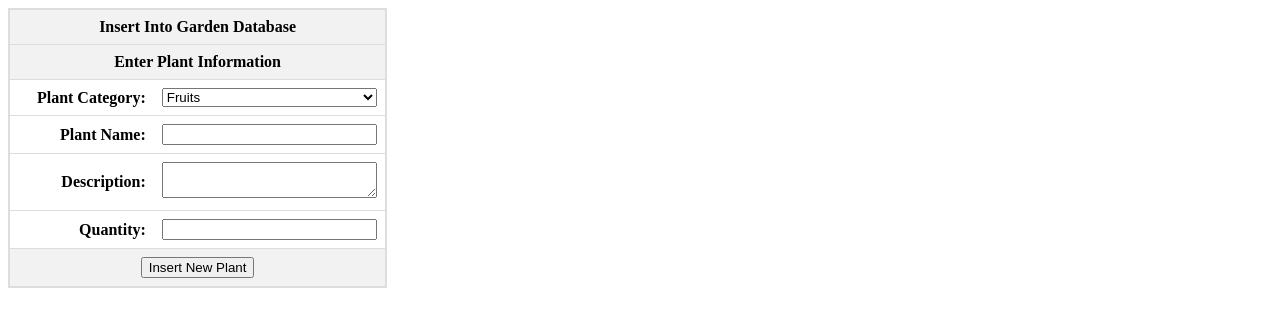
Repository: bkyncl/csd-430
Page: http://localhost/kyncl_08/form.jsp
These files come from the project's save history. The page is drawn as it stood at one moment and after the next save; the edit follows.
The browser window is 1280 px wide. The pictures show the whole page.
The page is served by Tomcat 9.

Above is the page before, as saved 2023-07-04 06:15:44.

After the next save:
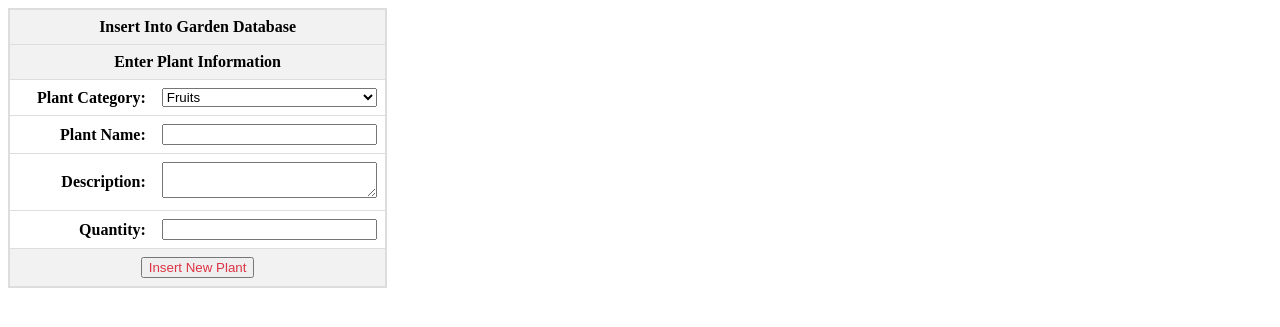
Saved 33 s later.
--- a/kyncl_08/src/main/webapp/form.jsp
+++ b/kyncl_08/src/main/webapp/form.jsp
@@ -36,6 +36,7 @@
     }
     #button {
         display: inline-block;
+        color: #d34
     }
 </style>
 </head>

After the save that followed:
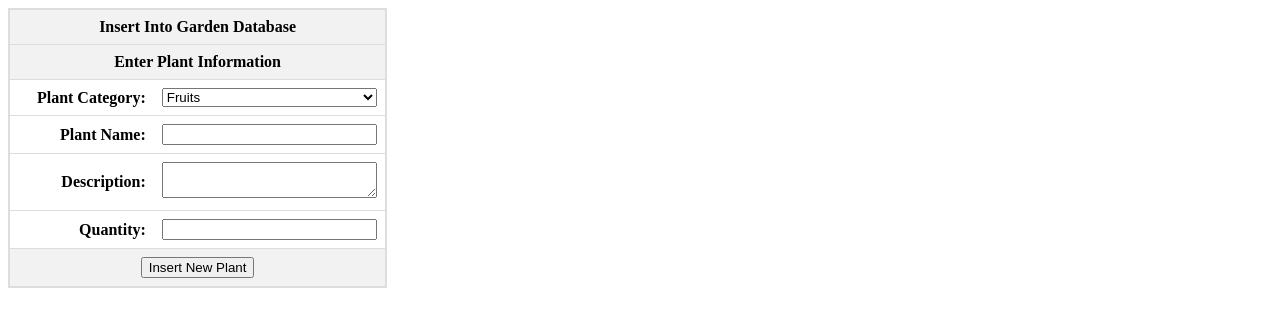
Saved 12 s later.
--- a/kyncl_08/src/main/webapp/form.jsp
+++ b/kyncl_08/src/main/webapp/form.jsp
@@ -36,7 +36,6 @@
     }
     #button {
         display: inline-block;
-        color: #d34
     }
 </style>
 </head>
